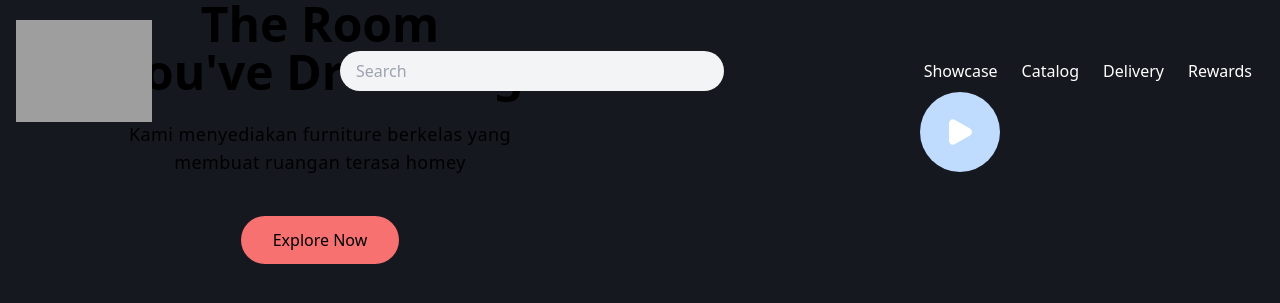
Repository: farrelmuhammad/anime-collections
Page: /
The author's editor kept a copy of each file at every save. The page is drawn from the files as they stood at one save, then again after the next save.
The browser window is 1280 px wide. The pictures show the whole page.
Pictures or frames that could not be fetched are drawn as grey boxes. The page's requests for data from a server got no answer. The project was rebuilt for these pictures with package versions that can differ from the ones it lists, and the page was loaded fresh each time. No one was signed in, and anything a server would have sent is missing. Also part of the build but not shown: src/App.css.

Above is the page before, as saved 2023-08-03 23:47:08.

### src/index.tsx
import React from 'react';
import ReactDOM from 'react-dom/client';
import "./assets/css/app.css";
import App from './App';
import reportWebVitals from './reportWebVitals';
import { BrowserRouter } from 'react-router-dom';

const root = ReactDOM.createRoot(
  document.getElementById('root') as HTMLElement
);
root.render(
  <React.StrictMode>
    <BrowserRouter>
      <App />
    </BrowserRouter>
  </React.StrictMode>
);

// If you want to start measuring performance in your app, pass a function
// to log results (for example: reportWebVitals(console.log))
// or send to an analytics endpoint. Learn more: https://bit.ly/CRA-vitals
reportWebVitals();

### src/assets/css/app.css
@import url("https://fonts.googleapis.com/css2?family=Open+Sans:wght@300;400;600&display=swap");
@tailwind base;
@tailwind components;
@tailwind utilities;

body {
  background-color: #16181f;
}

/* utils */

.grid {
  grid-auto-flow: row dense;
  grid-auto-rows: minmax(180px, auto);
}

.stretched-link {
  @apply absolute inset-0 z-10;
}

/* card */

.card .card-shadow {
  @apply transition duration-300 shadow-none h-full;
}

.card:hover .card-shadow {
  @apply shadow-lg;
}

/* overlay */

.overlay {
  @apply absolute;
}

.overlay * {
  @apply transition-all duration-200;
}

.overlay.hoverable > * {
  @apply opacity-0;
}

.overlay.hoverable:hover > * {
  @apply opacity-100;
}

.overlay .video {
  @apply absolute transform bg-blue-200 bg-no-repeat bg-center w-20 h-20 rounded-full items-center justify-center flex -translate-x-1/2 -translate-y-1/2;
  background-image: url("../images/content/icon-play.svg#icon-play");
  top: 50%;
  left: 50%;
}

@media only screen and (max-width: 768px) {
  .hero .hero-image,
  .hero .hero-caption {
    min-height: 90vh;
  }
  .hero .hero-cta {
    @apply w-12 h-12;
    transform: translateX(-75px) translateY(-50%);
    background-size: 37.5%;
  }
}

/* breadcrumb */

ul.breadcrumb {
  @apply flex flex-row items-center text-lg;
}

ul.breadcrumb li:not(:last-child):after {
  content: "/";
  @apply px-4;
}

ul.breadcrumb li:not(:last-child) a {
  @apply font-light;
}

ul.breadcrumb li:last-child a {
  @apply font-semibold;
}

/* slider */

.slider {
  @apply flex my-4 flex-col;
}

.slider .thumbnail {
  @apply w-screen order-last -mx-2 overflow-auto flex pl-4;
}

.slider .thumbnail .item {
  @apply rounded relative rounded-lg mb-4 cursor-pointer;
  width: 106px;
  height: 106px;
}

.slider .thumbnail .item:after {
  content: "";
  @apply transition duration-200 absolute inset-0 bg-black bg-opacity-0 border-2 border-black border-opacity-0 rounded-lg;
}

.slider .thumbnail .item.selected:after {
  content: "";
  @apply bg-opacity-25 border-opacity-100;
}

.slider .preview {
  @apply mb-4 px-4;
  height: 320px;
}

@media only screen and (min-width: 768px) {
  .slider {
    @apply flex-row;
  }
  .slider .thumbnail {
    @apply w-auto order-first block overflow-visible pl-0;
  }
  .slider .preview {
    height: 600px;
    width: 560px;
  }
}

a.cart svg g circle.dot {
  @apply hidden;
}

a.cart.cart-filled svg g circle.dot {
  @apply block;
}

button[disabled] {
  @apply bg-gray-300 hover:bg-gray-300 text-gray-400 hover:text-gray-400 cursor-not-allowed;
}

section:not(.bg-gray-100) + section.sitemap > div {
  @apply border-t;
}

### src/App.tsx
import React from 'react';
import logo from './logo.svg';
import './App.css';
import { Routes, Route } from 'react-router-dom';
import Home from './pages/Home';

function App() {
  return (
    <>
      <Routes>
        <Route path="/" element={<Home />} />
      </Routes>
    </>
  );
}

export default App;

### src/pages/Home.tsx
import React from 'react'
import Header from '../parts/Header'
import Hero from '../parts/Home/Hero'

const Home = () => {
    return (
        <>
            <Header theme="white" position="absolute" />
            <Hero />
        </>
    )
}

export default Home

### src/parts/Header.tsx
import React, { useState } from 'react'
import { Link } from "react-router-dom";

interface HeaderProps {
    theme: string; // Change the type to the appropriate one based on your usage
    position: string; // Change the type to the appropriate one based on your usage
}

const Header: React.FC<HeaderProps> = ({ theme, position }) => {
    const [toggleMainMenu, setToggleMainMenu] = useState<boolean>(false);
    return (
        <>
            <header className={[position, "w-full z-40 px-4"].join(" ")}>
                <div className="container mx-auto py-5">
                    <div className="flex flex-stretch items-center">
                        <div className="w-56 items-center flex">
                            <Link to="/">
                                <img
                                    // src={Logo}
                                    src="https://tv.idlixprime.com/wp-content/uploads/2020/07/logov4.png"
                                    alt="IDLIX"
                                />
                            </Link>
                        </div>
                        <div className="w-full flex items-center justify-center">
                            <input
                                type="text"
                                placeholder="Search"
                                className="w-full md:w-96 py-2 px-4 rounded-full bg-gray-100 focus:outline-none"
                            />
                        </div>
                        <div className="w-auto">
                            <ul
                                className={["fixed bg-white inset-0 flex flex-col items-center justify-center opacity-0 md:visible md:flex-row md:bg-transparent md:relative md:opacity-100 md:flex md:items-center", toggleMainMenu ? "opacity-100 z-30 visible" : "invisible opacity-0"].join(" ")}
                                id="menu"
                            >
                                <li className="mx-3 py-6 md:py-0">
                                    <Link
                                        to="/showcase"
                                        className={[
                                            "hover:underline",
                                            theme === "white"
                                                ? "text-black md:text-white"
                                                : "text-black md:text-black ",
                                        ].join(" ")}
                                    >
                                        Showcase
                                    </Link>
                                </li>
                                <li className="mx-3 py-6 md:py-0">
                                    <Link
                                        to="/catalog"
                                        className={[
                                            "hover:underline",
                                            theme === "white"
                                                ? "text-black md:text-white"
                                                : "text-black md:text-black ",
                                        ].join(" ")}
                                    >
                                        Catalog
                                    </Link>
                                </li>
                                <li className="mx-3 py-6 md:py-0">
                                    <Link
                                        to="/delivery"
                                        className={[
                                            "hover:underline",
                                            theme === "white"
                                                ? "text-black md:text-white"
                                                : "text-black md:text-black ",
                                        ].join(" ")}
                                    >
                                        Delivery
                                    </Link>
                                </li>
                                <li className="mx-3 py-6 md:py-0">
                                    <Link
                                        to="/rewards"
                                        className={[
                                            "hover:underline",
                                            theme === "white"
                                                ? "text-black md:text-white"
                                                : "text-black md:text-black ",
                                        ].join(" ")}
                                    >
                                        Rewards
                                    </Link>
                                </li>
                            </ul>
                        </div>
                        <div className="w-auto">
                            <ul className="items-center flex">
                                <li className="ml-6 block md:hidden">
                                    <button
                                        className={["flex z-50 items-center justify-center w-8 h-8 text-black md:text-white focus:outline-none",
                                            toggleMainMenu ? "fixed top-0 right-0" : "relative",
                                            theme === "white"
                                                ? "text-black md:text-white"
                                                : "text-black md:text-black "].join(" ")}
                                        onClick={() => setToggleMainMenu(prev => !prev)}
                                    >
                                        <svg
                                            className="fill-current"
                                            width="18"
                                            height="17"
                                            viewBox="0 0 18 17"
                                        >
                                            <path d="M15.9773 0.461304H1.04219C0.466585 0.461304 0 0.790267 0 1.19609C0 1.60192 0.466668 1.93088 1.04219 1.93088H15.9773C16.5529 1.93088 17.0195 1.60192 17.0195 1.19609C17.0195 0.790208 16.5529 0.461304 15.9773 0.461304Z" />
                                            <path d="M15.9773 7.68802H1.04219C0.466585 7.68802 0 8.01698 0 8.42281C0 8.82864 0.466668 9.1576 1.04219 9.1576H15.9773C16.5529 9.1576 17.0195 8.82864 17.0195 8.42281C17.0195 8.01692 16.5529 7.68802 15.9773 7.68802Z" />
                                            <path d="M15.9773 14.9147H1.04219C0.466585 14.9147 0 15.2437 0 15.6495C0 16.0553 0.466668 16.3843 1.04219 16.3843H15.9773C16.5529 16.3843 17.0195 16.0553 17.0195 15.6495C17.0195 15.2436 16.5529 14.9147 15.9773 14.9147Z" />
                                        </svg>
                                    </button>
                                </li>
                                {/* <li className="ml-6">
                                    <Link
                                        className={["cart flex items-center justify-center w-8 h-8", theme === "white" ? "text-black md:text-white" : "text-white md:text-black", state.cart && Object.keys(state.cart).length > 0 ? "cart-filled" : "", isCartChanged ? "animate-bounce" : ""
                                        ].join(" ")}
                                        to="/cart"
                                    >
                                        <IconCart />
                                    </Link>
                                </li> */}
                            </ul>
                        </div>
                    </div>
                </div>
            </header>
        </>
    )
}

export default Header

### src/parts/Home/Hero.tsx
import React, { useState, useEffect } from "react";
import axios from "axios";

const Hero: React.FC = () => {
    const [randomImage, setRandomImage] = useState<string | null>(null);

    useEffect(() => {
        fetchRandomAnimeImage();
    }, []);

    const fetchRandomAnimeImage = async () => {
        try {
            const response = await axios.get("https://picsum.photos/800/600");
            console.log(response.request.responseURL);
            setRandomImage(response.request.responseURL);
        } catch (error) {
            console.error("Error fetching random image:", error);
        }
    };

    return (
        <section className="flex items-center hero">
            <div className="w-full absolute z-20 inset-0 md:relative md:w-1/2 text-center flex flex-col justify-center hero-caption">
                <h1 className="text-3xl md:text-5xl leading-tight font-semibold">
                    The Room <br className="" />
                    You've Dreaming
                </h1>
                <h2 className="px-8 text-base md:px-0 md:text-lg my-6 tracking-wide">
                    Kami menyediakan furniture berkelas yang
                    <br className="hidden lg:block" />
                    membuat ruangan terasa homey
                </h2>
                <div>
                    <a
                        href="#browse-the-room"
                        className="bg-red-400 text-black hover:bg-black hover:text-pink-400 rounded-full px-8 py-3 mt-4 inline-block flex-none transition duration-200"
                    >
                        Explore Now
                    </a>
                </div>
            </div>
            <div className="w-full inset-0 md:relative md:w-1/2">
                <div className="relative hero-image">
                    <div className="overlay inset-0 bg-black opacity-35 z-10"></div>
                    <div className="overlay right-0 bottom-0 md:inset-0">
                        <button
                            className="video hero-cta focus:outline-none z-30 modal-trigger"
                            data-content='<div class="w-screen pb-56 md:w-88 md:pb-56 relative z-50">
              <div class="absolute w-full h-full">
                <iframe
                  width="100%"
                  height="100%"
                  src="https://www.youtube.com/embed/3h0_v1cdUIA"
                  frameborder="0"
                  allow="accelerometer; autoplay; clipboard-write; encrypted-media; gyroscope; picture-in-picture"
                  allowfullscreen
                ></iframe>
              </div>
            </div>'
                        ></button>
                    </div>
                    {randomImage && ( // Add this condition to render the image only when randomImage is not null
                        <img
                            src={randomImage}
                            alt="hero 1"
                            className="absolute inset-0 md:relative w-full h-full object-cover object-center"
                        />
                    )}
                </div>
            </div>
        </section>
    );
};

export default Hero;

Loaded but not shown: public/index.html (common file); src/reportWebVitals.ts (common file); tailwind.config.js (common file)

After the next save:
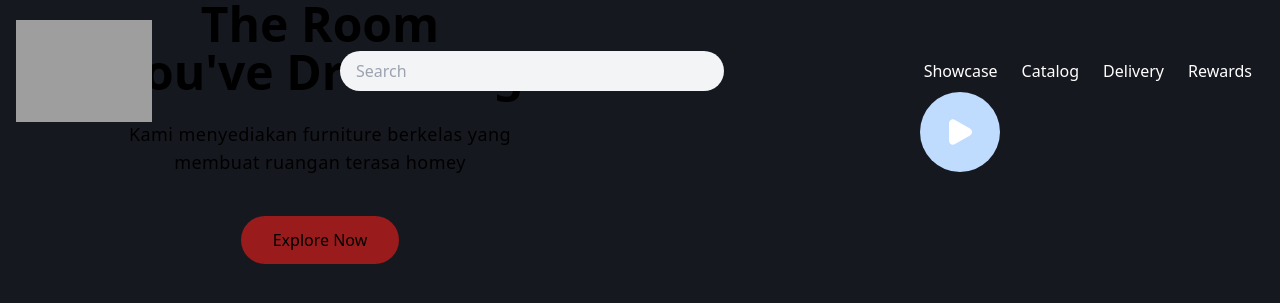
Saved 6 s later.
--- a/src/parts/Home/Hero.tsx
+++ b/src/parts/Home/Hero.tsx
@@ -33,7 +33,7 @@
                 <div>
                     <a
                         href="#browse-the-room"
-                        className="bg-red-400 text-black hover:bg-black hover:text-pink-400 rounded-full px-8 py-3 mt-4 inline-block flex-none transition duration-200"
+                        className="bg-red-800 text-black hover:bg-black hover:text-pink-400 rounded-full px-8 py-3 mt-4 inline-block flex-none transition duration-200"
                     >
                         Explore Now
                     </a>
